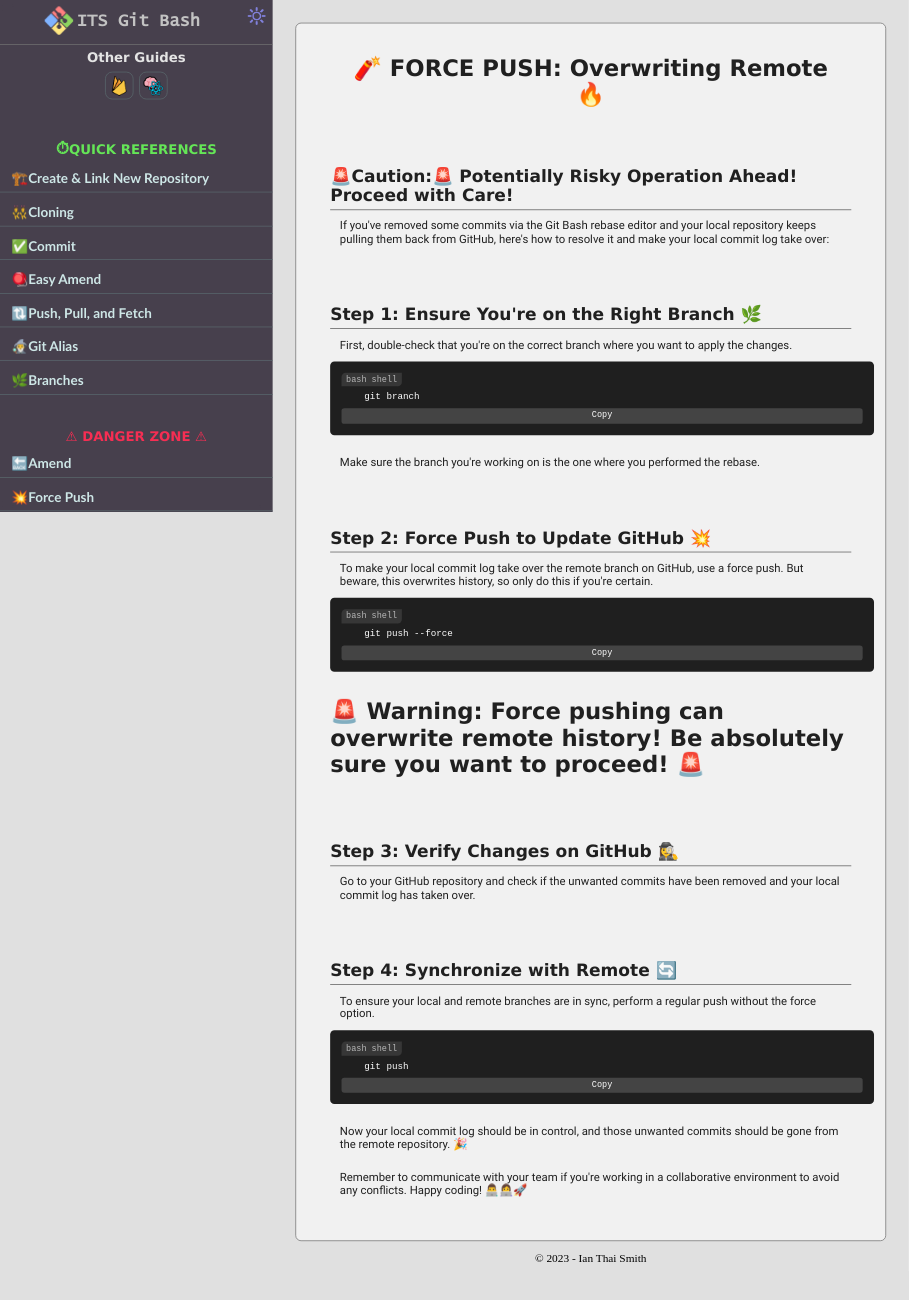
Repository: whyDoILoveThis/project__ITS_Git_Bash
Page: html/💥force-push.html
The author's editor kept a copy of each file at every save. The page is drawn from the files as they stood at one save, then again after the next save.
The browser window is 1280 px wide. The pictures show the whole page, at 71% of full size.

Above is the page before, as saved 2025-07-06 07:11:40.

### html/💥force-push.html
<!DOCTYPE html>
<html lang="en">
  <head>
    <meta charset="UTF-8" />
    <meta name="viewport" content="width=device-width, initial-scale=1.0" />
    <link rel="stylesheet" href="/css/normalize.css" />
    <link rel="stylesheet" href="/css/style.css" />
    <title>💥Force Push💥</title>
  </head>
  <body>
    <!--!!!!!-->
    <!--! MAIN-WRAP -->
    <div class="main-wrap">
      <section class="article-wrap">
        <article class="article">
          <h1 class="article__heading">🧨 FORCE PUSH: Overwriting Remote 🔥</h1>

          <h2>
            🚨Caution:🚨 Potentially Risky Operation Ahead! Proceed with Care!
          </h2>

          <p>
            If you've removed some commits via the Git Bash rebase editor and
            your local repository keeps pulling them back from GitHub, here's
            how to resolve it and make your local commit log take over:
          </p>

          <h2>Step 1: Ensure You're on the Right Branch 🌿</h2>

          <p>
            First, double-check that you're on the correct branch where you want
            to apply the changes.
          </p>

          <div class="code"><p>git branch</p></div>

          <p>
            Make sure the branch you're working on is the one where you
            performed the rebase.
          </p>

          <h2>Step 2: Force Push to Update GitHub 💥</h2>

          <p>
            To make your local commit log take over the remote branch on GitHub,
            use a force push. But beware, this overwrites history, so only do
            this if you're certain.
          </p>

          <div class="code"><p>git push --force</p></div>

          <h1>
            🚨 Warning: Force pushing can overwrite remote history! Be
            absolutely sure you want to proceed! 🚨
          </h1>

          <h2>Step 3: Verify Changes on GitHub 🕵️‍♀️</h2>

          <p>
            Go to your GitHub repository and check if the unwanted commits have
            been removed and your local commit log has taken over.
          </p>

          <h2>Step 4: Synchronize with Remote 🔄</h2>

          <p>
            To ensure your local and remote branches are in sync, perform a
            regular push without the force option.
          </p>

          <div class="code"><p>git push</p></div>

          <p>
            Now your local commit log should be in control, and those unwanted
            commits should be gone from the remote repository. 🎉
          </p>

          <p>
            Remember to communicate with your team if you're working in a
            collaborative environment to avoid any conflicts. Happy coding!
            👨‍💻👩‍💻🚀
          </p>
        </article>
      </section>
    </div>
    <!--! MAIN-WRAP -->
    <!--! !!!!!!! -->
    <script src="/JS/dynamic-nav.js"></script>
    <script src="/JS/copy-code-btn.js"></script>
  </body>
</html>

### css/style.css


/*TODO: REFACTOR FOR BETTER ORGANIZATION
        AND REMOVING REDUNDANCIES*/

        :root {
            --size--brightness-toggler: 50px;
        }


.gradient {
    width: 100vw;
    height: 100vh;
    background: rgb(52,30,84);
background: linear-gradient(360deg, rgba(52,30,84,1) 0%, rgba(67,41,166,1) 100%);
}

@font-face {
    font-family: LucidaConsole;
    src: url(/fonts/lucon.ttf);

}

@font-face {
    font-family: Roboto;
    src: url(/fonts/Roboto-Regular.ttf);
}

body {
    font-family: 'Lucida Sans', 'Lucida Sans Regular', 'Lucida Grande', 'Lucida Sans Unicode', Geneva, Verdana, sans-serif;
    transition: background-color 0.3s ease-in;
    background-color: rgb(36, 31, 35);

}

body::-webkit-scrollbar-track
{
	-webkit-box-shadow: inset 0 0 6px rgba(0,0,0,0.3);
	border-radius: 10px;
	background-color: rgb(52, 29, 69);
}

body::-webkit-scrollbar
{
    border-radius: 10px;

	width: 5px;
	background-color: rgb(50, 41, 56);
}

body::-webkit-scrollbar-thumb
{
	border-radius: 10px;
	-webkit-box-shadow: inset 0 0 6px rgba(0,0,0,.3);
	background-color: #8181DB;
}



ul {
    list-style-type: none;
    padding: 0;
    padding-bottom: 4rem;
    margin: 0;
}

ul li {
    padding: 1rem 0 0.5rem 1rem;
    border-bottom: 0.5px solid rgb(90, 105, 110);
}

li a {
    text-decoration: none;
    color: rgb(206, 231, 231);
    font-family: 'Trebuchet MS', 'Lucida Sans Unicode', 'Lucida Grande', 'Lucida Sans', Arial, sans-serif;
    font-weight: 600;
    text-decoration-thickness: 0px;
    font-size: 19px;
}

a {
    color: rgb(45, 143, 248);
    text-decoration: none;
}

a:hover {
    font-weight: 600;
    text-decoration: underline;
}

li a:hover {
    text-decoration: underline;
    text-decoration-thickness: 2px;
    text-decoration-color: rgb(110, 203, 103);
}

em {
    font-style: normal;
}

.main-wrap {
    display: flex;
    height: 100%;
    width: 100%;
}

/** NAV */

.nav {
    z-index: 100;
    background: rgba(50, 41, 56, 0.877);
    backdrop-filter: blur(8px);
    -webkit-backdrop-filter: blur(8px);
    display: flex;
    flex-direction: column;
    width: 30%;
    height: 100%;
    position: fixed;
    overflow: auto;
    transition: all 0.37s ease-out;
}

.nav::-webkit-scrollbar-track
{
	-webkit-box-shadow: inset 0 0 6px rgba(0,0,0,0.3);
	border-radius: 10px;
	background-color: rgb(50, 41, 56);
}

.nav::-webkit-scrollbar
{
    border-radius: 10px;

	width: 3px;
	background-color: rgb(50, 41, 56);
}

.nav::-webkit-scrollbar-thumb
{
	border-radius: 10px;
	-webkit-box-shadow: inset 0 0 6px rgba(0,0,0,.3);
	background-color: #8181DB;
}


.logo-wrap {
    height: auto;
    max-height: 40px;
    display: flex;
    align-items: center;
    justify-content: center;
    gap: 0.3rem;
    padding: 0.7rem;
    border-bottom: 1px solid rgb(115, 115, 115);
    padding-right: var(--size--brightness-toggler);

}

.logo__icon {
    width: 8vw;
    max-width: 40px;
    height: 8vw;
    max-height: 40px;
    display: inline;
}

.logo__tag {
    color: rgb(195, 195, 195);
    font-family:  LucidaConsole, Arial, Helvetica, sans-serif;
    white-space: 1px;
    font-size: 24px;
    font-weight: 600;
    margin: 0;
}

.dark-mode-toggler-wrap {
    position: absolute;
    top: 10px;
    right: 10px;

}

.other-guides-wrap {
    margin: 0.5rem;
    display: flex;
    justify-content: center;
    align-self: center;
    gap: 0.5rem;
}

.other-guides-wrap > a > img {
    width: 28px;
}

.other-guides-heading {
    color: rgb(228, 228, 228);
    margin-top: 0;
}

.guide-link {
    border: 1px solid rgb(90, 105, 110);
    border-radius: 10px;
    display: flex;
    justify-content: center;
    padding: 0.3rem;
    transition: background-color 0.4s;
}

.guide-link:hover {
    background-color: rgba(255, 255, 255, 0.117);
}

.quick-ref-heading {
    color: rgb(101, 230, 87);
    text-transform: uppercase;
}

.quick-ref-heading::before {
    content: '⏱';
    font-size: 24px;
}

.article-wrap {
    margin-left: 30%;
    width: calc(70% - 2rem * 2);
    padding: 2rem;
}

.article {
    border: 1px solid rgb(109, 109, 109);
    border-radius:8px;
    display: flex;
    flex-direction: column;
    padding: 3rem;
    padding-top: 2rem;

    background-color: rgb(49, 49, 49);
    color: rgba(255, 255, 255, 0.90);
    transition: background-color 0.4s ease-in, color 0.5s ease-in;

}

.article__heading,
.article h2.h2--large {
    text-align: center;
    font-size: 32px;
    margin: 0.8rem;
    border: 0;
}

.article h2 {
    margin: 4.4rem 0 0rem 0;
    border-bottom: 1px solid #555;
    padding-bottom: 0.3rem;
}


.article > p {
    font-family: Roboto, Arial, Helvetica, sans-serif;
    margin: 0.85rem;
}

.emoji {
    display: inline;
    width: 20px;
}

.emoji--rocket {
    content: url(/img/emoji-rocket.PNG);
}

.code {
    font-family: LucidaConsole, Arial, Helvetica, sans-serif;
    white-space: nowrap;
    background-color: black;
    color: white;
    font-style: normal;
    width: 100%;
    display: flex;
    flex-direction: column;
    border-radius: 6px;
    overflow: auto;
}

.code p::selection,
.code em::selection {
    background: rgba(214, 172, 238, 0.273);
    color: inherit;
}

.code::-webkit-scrollbar {
    width: 12px;
    background-color: #F5F5F5;
    height: 7px;
}
.code::-webkit-scrollbar-thumb {
    border-radius: 1px;
    -webkit-box-shadow: inset 0 0 6px rgba(0,0,0,.3);
    background-color: #555;
}
.code::-webkit-scrollbar-track {
    -webkit-box-shadow: inset 0 0 6px rgba(0,0,0,0.3);
    border-radius: 1px;
    background-color: #F5F5F5;
}


.code::before {
    content: 'bash shell';
    background-color: rgb(55, 55, 55);


    align-self: flex-start;

    color: rgb(184, 184, 184);
    padding: 0.25rem 0.4rem 0.1rem 0.4rem;
    border-radius: 6px 0px 6px 0;
    font-size: 12px;
}

.code--html::before {
    content: 'HTML';
    color: rgb(255, 72, 0);
    letter-spacing: 1px;
}

.code--js::before {
   content: 'javascript';
   color: yellow;
}

.code--json::before {
    content: 'json';
    color: rgb(93, 184, 93);
}

.code--file-struct::before {
    content: '📁';
    font-size: 20px;
}

.code p {
    margin: 0.5rem 0 0.5rem 2rem;
    display: inline-block;
    flex: 0 0 100%;
}

.comnt {
    color: rgb(123, 123, 123);
}

.orng {
    color: orange;
}

.grn {
    color: rgb(60, 162, 60);
}

.blu {
    color: rgb(74, 189, 255);
}

.red {
    color: rgb(246, 46, 83);
}

/** BUTTONS */

.btn-group {
    display: flex;
    gap: 0.5rem;
}

.btn {
    position: relative;
    z-index: 99;
    width: 100%;
    font-family: Roboto, Arial, Helvetica, sans-serif;
    font-size: 24px;
    text-shadow: 0 0 2px rgba(0, 0, 0, 0.577);
    padding: 10px 20px;
    background-color: #27396a;

    color: #6cbbfb;
    cursor: pointer;
    border-radius: 10px;
    border: 1.5px solid rgb(0, 0, 0);
    margin-top: 1rem;
}

.btn--important {
    color: rgb(252, 107, 107);
    background-color: rgb(83, 32, 32);
}

.btn--more-info-box {

    font-family: Roboto, Arial, Helvetica, sans-serif;
    background-color: #eeeeee;
    background-color: #363232;

    color: #202020;
    color: rgba(255, 255, 255, 0.90);
    position: relative;
    top: -1rem;
    padding: 1rem;
    border-radius: 8px;
    text-align: center;
    border: 1.5px solid rgb(0, 115, 225);
    animation: 0.5s ease-in-out;
    transform-origin: top center;
    transition: background-color 0.4s ease-in, color 0.5s ease-in;
}

.btn--more-info-box.hidden {
    display: none;

}

@keyframes bounceDown {
    0% {
        transform: scaleY(0);
        opacity: 0;
    }
    70% {
        transform: scaleY(1.04);
        opacity: 1;
    }
    100% {
        transform: scaleY(1);
        opacity: 1;
    }
}

@keyframes bounceUp {
    0% {
        transform: scaleY(1);
        opacity: 1;
    }

    20% {
        transform: scaleY(1.04);
        opacity: 0.8;
    }

    100% {
        transform: scaleY(0);
        opacity: 0.2;
    }
}

.btn--more-info-box p {
    text-align: left;
}

.btn--more-info-box h2 {
    margin-top: 2.5rem;
}

.btn--more-info-box h3 {
    margin-top: 1.5rem;
    margin-bottom: 0;
}

@media screen and (min-width: 768px) {
    .nav-toggler {
        position: fixed;
        display: none;
        visibility: hidden;
    }
}

@media screen and (max-width: 778px) {
    ul li {
        padding: 0.8rem 0.3rem 0.5rem 0.8rem;
    }

    li a {
        font-size: 17px;
    }

    .nav {
        margin: 0;
        width: 100%;
        height: 60px;
        overflow: hidden;
        border-top-right-radius: 0;
        border-bottom-left-radius: 10px;
        border-bottom-right-radius: 10px;
        box-shadow: 1px 1px 1px 3px rgba(0, 0, 0, 0.179);
    }

    .nav-expanded {
        width: 85%;
        height: 100%;
        overflow-y: auto;
        box-shadow: 1px 1px 0px 700px rgba(0, 0, 0, 0.5);
        border-bottom-left-radius: 0;
    }

    .nav-expanded .nav-toggler {
        position: absolute;
        transform: translateY(60px);
    }

    .logo-wrap {
        place-self: center;
        padding-right: var(--size--brightness-toggler);
        padding-left: var(--size--brightness-toggler);
    }
    .logo__icon {
        height: 40px;
        width: 40px;
    }
    .dark-mode-toggler-wrap {
        position: absolute;
        top: 15px;
        right: 10px;

    }
    .nav-toggler {
       width: 40px;
       position: absolute;
       left: 10px;

       transition: all 0.2s;
    }

    .logo__tag {
        font-size: 22px;
        white-space: nowrap;
    }

    .article-wrap {
        margin: 0;
        width: calc(100% - 0.5rem * 2);
         padding: 0.5rem;
         margin-top: 70px;
     }
     .article {
        padding: 0.5rem;
    }
}

.copyright::before {
    content: '© 2023 - Ian Thai Smith ';
    font-family: 'Times New Roman', Times, serif ;
    display: flex;
    justify-content: center;

}






/*& CODE COPY BUTTON */
/*& CODE COPY BUTTON */
/*& CODE COPY BUTTON */


.code {
  position: relative;
  background: #1f1f1f;
  color: #fff;
  padding: 1rem;
  border-radius: 6px;
  font-family: monospace;
  margin-bottom: 1rem;
}

.copy-btn {

  background: #444;
  color: #fff;
  border: none;
  padding: 4px 8px;
  font-size: 0.75rem;
  cursor: pointer;
  border-radius: 4px;
  transition: background 0.2s ease;
}

.copy-btn:hover {
  background: #666;
}

### JS/dynamic-nav.js
const head = document.getElementsByTagName('head')[0];
const tabIcon = document.createElement("link");
tabIcon.href = "/img/git-bash-icon.png";
tabIcon.rel = "icon";
head.appendChild(tabIcon);

const articleWrap = document.querySelector(".article-wrap");

const copyright = document.createElement("p");
copyright.classList.add("copyright");

articleWrap.appendChild(copyright);

// Select the target element
const container = document.querySelector(".main-wrap");

// Create the main navigation element
const navigation = document.createElement("nav");
navigation.classList.add("nav");

function expandNav(){
    navigation.classList.toggle("nav-expanded")
}

const navToggler = document.createElement("img");
navToggler.src = "/img/icon-nav-toggler.png";
navToggler.classList.add("nav-toggler");
navToggler.addEventListener("click", expandNav);



// Create the logo-wrap div
const logoWrap = document.createElement("div");
logoWrap.classList.add("logo-wrap");

// Create the logo icon
const logoIcon = document.createElement("img");
const homeLink = document.createElement("a");
homeLink.href = "/index.html";
logoIcon.src = "/img/git-bash-icon.png";
logoIcon.alt = "";
logoIcon.classList.add("logo__icon");
homeLink.appendChild(logoIcon);


// Create the logo tag
const logoTag = document.createElement("p");
logoTag.classList.add("logo__tag");
logoTag.innerText = "ITS Git Bash";


const darkModeTogglerWrap = document.createElement("div");
darkModeTogglerWrap.classList.add("dark-mode-toggler-wrap");
const darkModeToggler = document.createElement("img");
darkModeTogglerWrap.appendChild(darkModeToggler);
darkModeToggler.src = "/img/icon-brightness-dim.png";
darkModeToggler.style.width = "25px";
darkModeToggler.classList.add(".dark-mode-toggler");

const article = document.querySelector('.article')


darkModeToggler.addEventListener("click", toggleBrightness);

const otherGuidesWrap = document.createElement("div");
otherGuidesWrap.classList.add("other-guides-wrap");

const otherGuides = document.createElement("h3");
otherGuides.innerText = "Other Guides";
otherGuides.classList.add('other-guides-heading');
otherGuides.style.textAlign = "center";
otherGuides.style.marginBottom = "0";
otherGuides.style.marginTop = "0.5rem";

const linkBash = document.createElement('a');
const imgBash = document.createElement("img");
linkBash.classList.add('guide-link');
imgBash.src = "/img/firebase-icon.png";
linkBash.href = "https://its-firebase.vercel.app";
linkBash.appendChild(imgBash);
otherGuidesWrap.appendChild(linkBash);
// another
const linkReact18 = document.createElement('a');
const imgReact18 = document.createElement("img");
linkReact18.classList.add('guide-link');
imgReact18.src = "/img/learn-react18-icon.png";
linkReact18.href = "https://learn-react18.vercel.app";
linkReact18.appendChild(imgReact18);
otherGuidesWrap.appendChild(linkReact18);




const infoBoxes = document.querySelectorAll('.btn--more-info-box');


// Check if 'bright' is stored in localStorage
const storedBright = localStorage.getItem('bright');

// Initialize 'bright' with the stored value (or default to false if not found)
let bright = storedBright === 'false';


function toggleBrightness() {
    bright = !bright;

    // Store the updated 'bright' value in localStorage
    localStorage.setItem('bright', bright);

 // Update UI and apply styles based on 'bright' state

    if(bright){
    fadeOutAndChange(darkModeToggler, "/img/icon-brightness-bright.png");
    document.body.style.backgroundColor = 'rgb(224, 224, 224)';
    article.style.backgroundColor = 'rgb(241, 241, 241)';
    article.style.color = '#202020';
    copyright.style.color = 'black';
    infoBoxes.forEach(infoBox => {
        infoBox.style.backgroundColor = '#eeeeee';
        infoBox.style.color = '#202020';
    });
    } else {
        fadeOutAndChange(darkModeToggler, "/img/icon-brightness-dim.png");
        document.body.style.backgroundColor = 'rgb(36, 31, 35)';
        article.style.backgroundColor = 'rgb(49, 49, 49)';
        article.style.color = 'rgba(255, 255, 255, 0.90)';
        copyright.style.color = 'white';
        infoBoxes.forEach(infoBox => {
            infoBox.style.backgroundColor = '#363232';
            infoBox.style.color = 'rgba(255, 255, 255, 0.90)';
        });
    }
}

function fadeOutAndChange(element, newImageSrc) {
    element.style.opacity = 0;
    setTimeout(() => {

        element.src = newImageSrc;
        element.style.opacity = 1;
    }, 200); // Adjust the time to match your CSS transition duration
}

// Call toggleBrightness to initialize UI based on stored value
toggleBrightness();


// Append the logo icon and tag to the logo-wrap div
logoWrap.appendChild(navToggler);
logoWrap.appendChild(homeLink);
logoWrap.appendChild(logoTag);



// Create the links list
const linkList = document.createElement("ul");
linkList.classList.add("link__list");


const quickRefs = document.createElement("h3");
quickRefs.innerText = "Quick References";
quickRefs.classList.add('quick-ref-heading');
quickRefs.style.textAlign = "center";
quickRefs.style.marginBottom = "0";
quickRefs.style.marginTop = "3rem";
linkList.appendChild(quickRefs);
/****************LINKS****************** */
/****************LINKS****************** */
// Create a list item for the link
const linkItem1 = document.createElement("li");
linkItem1.classList.add("link");
// Create the link itself
const linkCreateNewRepo = document.createElement("a");
linkCreateNewRepo.href = "/html/create-and-link-new-repo.html";
linkCreateNewRepo.innerText = "🏗️Create & Link New Repository";
// Append the link to the list item
linkItem1.appendChild(linkCreateNewRepo);
// Append the list item to the links list
linkList.appendChild(linkItem1);

// Create a list item for the link
const linkItem2 = document.createElement("li");
linkItem2.classList.add("link");
const linkCloning = document.createElement("a");
linkCloning.href = "/html/cloning.html";
linkCloning.innerText = "👯‍♀️Cloning";
// Append the link to the list item
linkItem2.appendChild(linkCloning);
// Append the list item to the links list
linkList.appendChild(linkItem2);

const linkItem3 = document.createElement("li");
linkItem3.classList.add("link");
const linkCommit = document.createElement("a");
linkCommit.href = "/html/commit.html";
linkCommit.innerText = "✅Commit";
linkItem3.appendChild(linkCommit);
linkList.appendChild(linkItem3);

const linkItem3v1 = document.createElement("li");
linkItem3v1.classList.add("link");
const linkEasyAmend = document.createElement("a");
linkEasyAmend.href = "/html/easy-amend.html";
linkEasyAmend.innerText = "🪀Easy Amend";
linkItem3v1.appendChild(linkEasyAmend);
linkList.appendChild(linkItem3v1);

const linkItem4 = document.createElement("li");
linkItem4.classList.add("link");
const linkPushPullAndFetch = document.createElement("a");
linkPushPullAndFetch.href = "/html/push-pull-and-fetch.html";
linkPushPullAndFetch.innerText = "🔃Push, Pull, and Fetch";
linkItem4.appendChild(linkPushPullAndFetch);
linkList.appendChild(linkItem4);

const linkItem7 = document.createElement("li");
linkItem7.classList.add("link");
const linkGitAlias = document.createElement("a");
linkGitAlias.href = "/html/git-alias.html";
linkGitAlias.innerText = "🧙‍♂️Git Alias";
linkItem7.appendChild(linkGitAlias);
linkList.appendChild(linkItem7);

const linkItem8 = document.createElement("li");
linkItem8.classList.add("link");
const linkBranches = document.createElement("a");
linkBranches.href = "/html/branches.html";
linkBranches.innerText = "🌿Branches";
linkItem8.appendChild(linkBranches);
linkList.appendChild(linkItem8);

const dangerZone = document.createElement("h3");
dangerZone.innerText = "⚠ DANGER ZONE ⚠";
dangerZone.style.textAlign = "center";
dangerZone.classList.add("red");
dangerZone.style.marginBottom = "0";
dangerZone.style.marginTop = "3rem";
linkList.appendChild(dangerZone);

const linkItem5 = document.createElement("li");
linkItem5.classList.add("link");
const linkAmend = document.createElement("a");
linkAmend.href = "/html/amend.html";
linkAmend.innerText = "🔙Amend";
linkItem5.appendChild(linkAmend);
linkList.appendChild(linkItem5);

const linkItem6 = document.createElement("li");
linkItem6.classList.add("link");
const linkForcePush = document.createElement("a");
linkForcePush.href = "/html/💥force-push.html";
linkForcePush.innerText = "💥Force Push";
linkItem6.appendChild(linkForcePush);
linkList.appendChild(linkItem6);





/****************LINKS****************** */
/****************LINKS****************** */


// Append the logo-wrap div and links list to the navigation
navigation.appendChild(logoWrap);
navigation.appendChild(darkModeTogglerWrap);
navigation.appendChild(otherGuides);
navigation.appendChild(otherGuidesWrap);
navigation.appendChild(linkList);

// Append the navigation to the container
container.appendChild(navigation);

### JS/copy-code-btn.js
 document.querySelectorAll(".code").forEach((codeBlock) => {
        // Create copy button
        const btn = document.createElement("button");
        btn.className = "copy-btn";
        btn.textContent = "Copy";

        // Insert button into the code block
        codeBlock.style.position = "relative";
        codeBlock.appendChild(btn);

        // Copy logic
        btn.addEventListener("click", () => {
          const text = codeBlock.querySelector("p").innerText;
          navigator.clipboard.writeText(text).then(() => {
            btn.textContent = "✅ Copied!";
            setTimeout(() => (btn.textContent = "Copy"), 2000);
          });
        });
      });

Loaded but not shown: css/normalize.css (library)

After the next save:
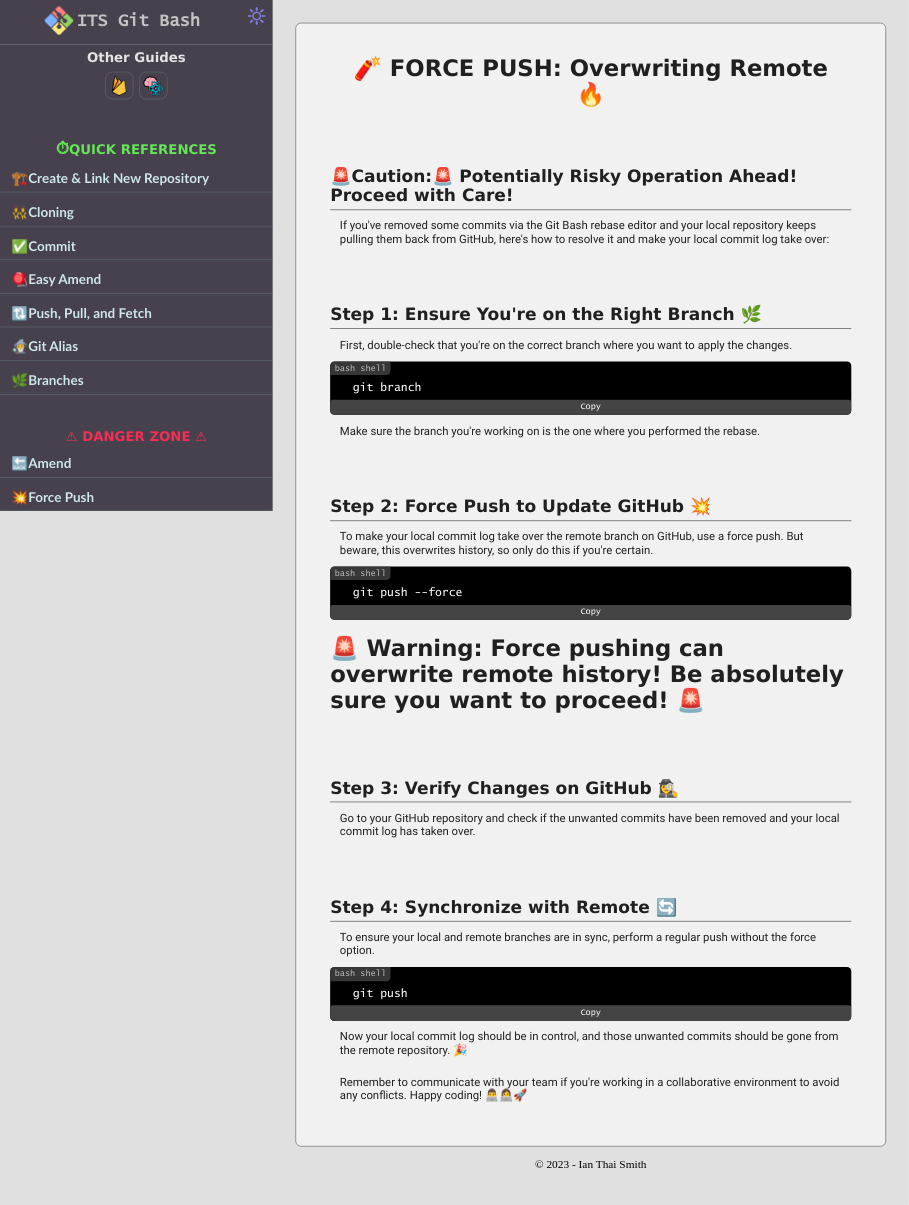
Saved 10 s later.
--- a/css/style.css
+++ b/css/style.css
@@ -561,15 +561,6 @@ em {
 /*& CODE COPY BUTTON */
 
 
-.code {
-  position: relative;
-  background: #1f1f1f;
-  color: #fff;
-  padding: 1rem;
-  border-radius: 6px;
-  font-family: monospace;
-  margin-bottom: 1rem;
-}
 
 .copy-btn {
 
